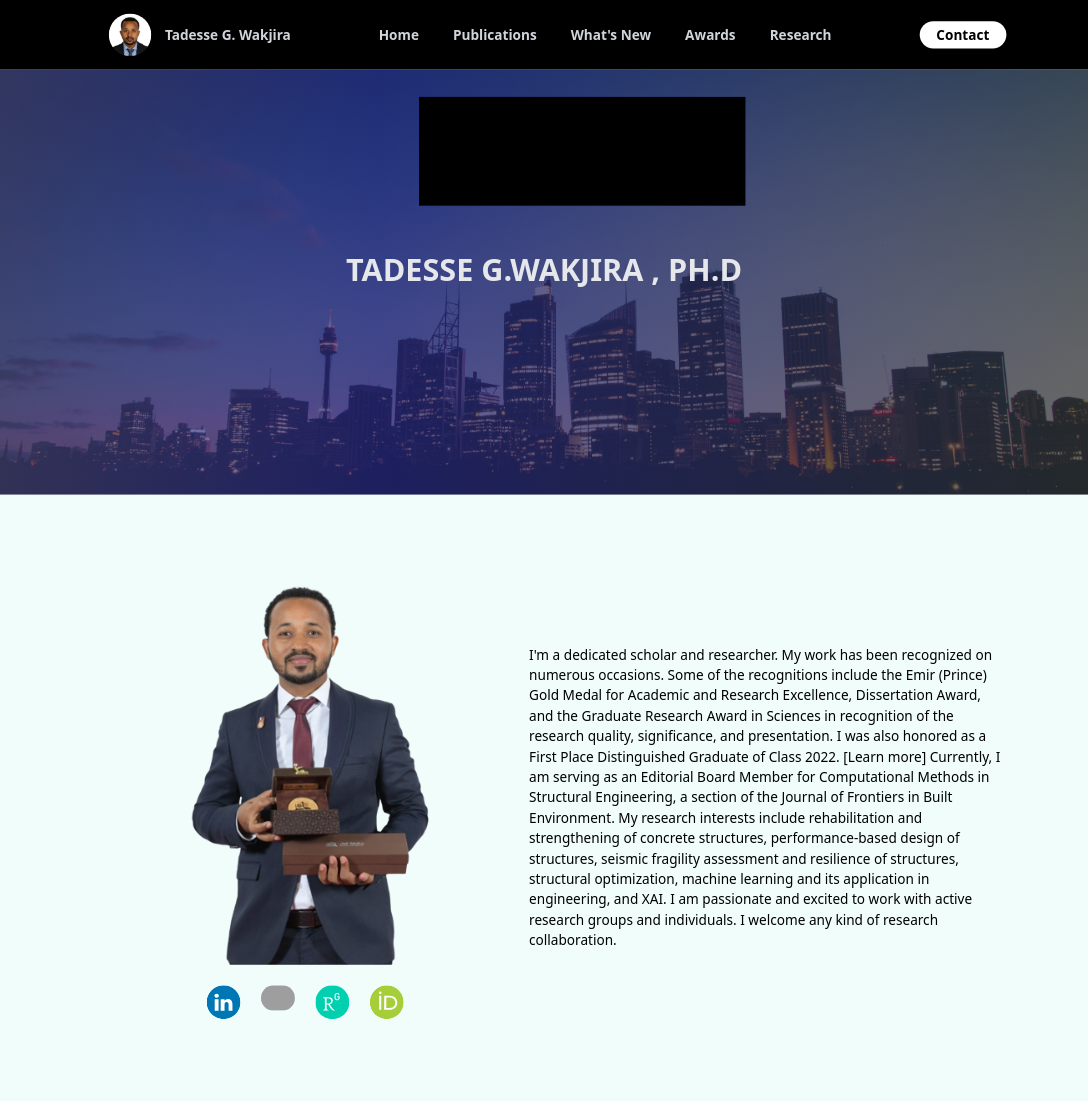
Repository: Elias-Kibret/Tade-portfoilo
Page: /
The author's editor kept a copy of each file at every save. The page is drawn from the files as they stood at one save, then again after the next save.
The browser window is 1280 px wide. The pictures show the whole page, at 85% of full size.
Pictures or frames that could not be fetched are drawn as grey boxes. The project was rebuilt for these pictures with package versions that can differ from the ones it lists, and the page was loaded fresh each time. The framework's server and built-in components were replaced by stand-ins that run in the browser. Also part of the build but not shown: next.config.js.

Above is the page before, as saved 2022-06-28 13:22:25.

### pages/index.tsx
import type { NextPage } from 'next'
import Head from 'next/head'
import Image from 'next/image'
import About from '../components/About'
import Header from '../components/Header'
import Hero from '../components/Hero'
const Home: NextPage = () => {
  return (
    <div>
      <Head>
        <title>Create Next App</title>
        <link rel="icon" href="/favicon.ico" />
      </Head>
      <Header/>
      <Hero/>
      <About/>
    </div>
  )
}

export default Home

### styles/globals.css
@tailwind base;
@tailwind components;
@tailwind utilities;

.hero{
    width:100%;
    height:500px;
    background-image: url('../public/Img/BG.jpg');
    background-size: cover;
    background-position: center;
    background-position: center;
    background-repeat: no-repeat;

}
.hero-cover{
    background-color: rgba(22, 22, 22, 0.6);
    width:100%;
    height:500px;
    background: rgb(2,0,36);
background: linear-gradient(90deg, rgba(60, 55, 112, 0.6) 0%, rgba(27, 27, 114, 0.7) 35%, rgba(35, 40, 41, 0.7) 100%);
}
.hover-state{
    @apply hover:shadow-inner transform hover:scale-110 hover:bg-opacity-50 transition ease-out duration-300;
}

### components/About.tsx
import Image from 'next/image'
import profileImage from '../public/Img/Tade.png'
import Link from 'next/link'
import linkedin from '../public/Img/Linkedin.svg'
import googleSchoolar from '../public/Img/googleScholara.svg'
import researchGate from '../public/Img/ResearchGate.svg'
import orcid from '../public/Img/orcid.svg'



const About = () => {
  return (
    <section className='bg-teal-50 flex justify-between items-center  p-24 mx-auto '>
        <div className='w-3/4'>
        <Image  src={profileImage} className="object-cover" width={550} height={500} alt="Tadessa G.wakjira"/>
        {/* Social media Links */}
        <div className='space-x-6 flex justify-center mt-6'>
            <Link href=""><a> <Image className="rounded-full transform hover:scale-110 transition ease-out duration-400" src={linkedin} width={40} height={40} alt="Linkedin"/></a></Link>
            <Link href=""><a><Image className='rounded-full transform hover:scale-110 transition ease-out duration-400' src={googleSchoolar} width={40} height={40} alt="Linkedin"/></a></Link>
            <Link href=""><a><Image className='rounded-full transform hover:scale-110 transition ease-out duration-400' src={researchGate} width={40} height={40} alt="Linkedin"/></a></Link>
            <Link href=""><a><Image className='rounded-full transform hover:scale-110 transition ease-out duration-400' src={orcid} width={40} height={40} alt="Linkedin"/></a></Link>
        </div>
        </div>
        <div className='w-4/5'>
           <p>
           I'm a dedicated scholar and researcher. My work has been recognized on numerous occasions. Some of the recognitions include the Emir (Prince) Gold Medal for Academic and Research Excellence, Dissertation Award, and the Graduate Research Award in Sciences in recognition of the research quality, significance, and presentation. I was also honored as a First Place Distinguished Graduate of Class 2022. [Learn more]

Currently, I am serving as an Editorial Board Member for Computational Methods in Structural Engineering, a section of the Journal of Frontiers in Built Environment.

My research interests include rehabilitation and strengthening of concrete structures, performance-based design of structures, seismic fragility assessment and resilience of structures, structural optimization, machine learning and its application in engineering, and XAI.

I am passionate and excited to work with active research groups and individuals. I welcome any kind of research collaboration.
           </p>
        </div>
    </section>
  )
}

export default About

### components/Header.tsx
import Head from "next/head"
import Link from "next/link"
import Image from "next/image"
import Logo from '../public/Img/Tadesse.png'
const Header = () => {
  return (
<header className=" bg-black font-semibold  pl-32 py-4 text-gray-300  ">
   <div className="flex justify-between items-center">
      <div className="flex items-center space-x-4">
    <Image src={Logo}   className="rounded-full" width={50} height={50}/>
    <span>Tadesse G. Wakjira</span>
      </div>
      <div className="flex justify-between">
        <nav className="flex list-none space-x-10  hidden md:inline-flex text-black-200">
            <li className="">
                <Link href="/">
                    <a className="hover-state"> Home</a>
                </Link>
            </li>
            <li>
                <Link href="/" className="relative">
                    <a>
                    <a className="hover-state"> Publications <span></span></a>
                        <div className="absolute top-24 -mx-10 -mt-3 w-96 h-32 bg-black">
                            <div>

                            </div>
                            <div>

                            </div>
                        </div>
                    </a>

                </Link>
            </li>
            <li>
                <Link href="">
                    <a className="hover-state"> What's New</a>
                </Link>
            </li>
            <li>
                <Link href="">
                    <a className="hover-state"> Awards</a>
                </Link>
            </li>
            <li>
                <Link href="">
                    <a className="hover-state"> Research</a>
                </Link>
            </li>

        </nav>

      </div>
      <div className="mr-24 bg-white text-black px-5 py-1  rounded-full">
        <Link href=""  >
                    <a> Contact</a>
                </Link>
        </div>
    </div>
</header>
  )
}

export default Header

### components/Hero.tsx
import heroImage from '../public/Img/Hr.png'
import Image from 'next/image'
const Hero = () => {
  return (
<main  >
<div className='hero h-auto'>

<div className='text-gray-200 hero-cover font-bold   py-24 w-1/2 text-center text-4xl'>
  <div>
  <h1>Welcome</h1>
  <h2 className='py-20'>TADESSE G.WAKJIRA , PH.D</h2>
  </div>

</div>
</div>
</main>
  )
}

export default Hero

Loaded but not shown: pages/_app.tsx (common file); tailwind.config.js (common file)

After the next save:
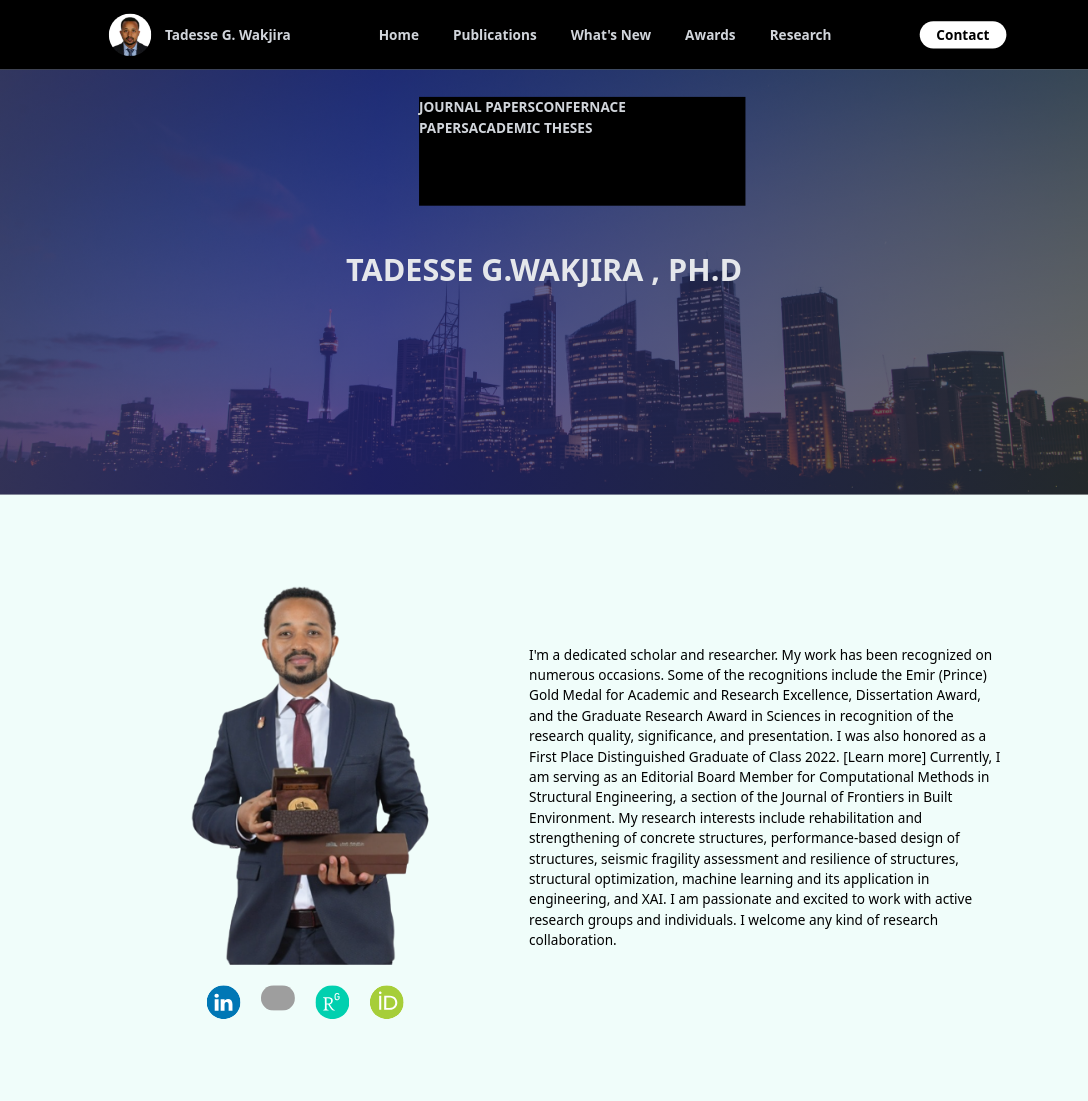
Saved 3 min 46 s later.
--- a/components/Header.tsx
+++ b/components/Header.tsx
@@ -23,11 +23,13 @@ const Header = () => {
                     <a className="hover-state"> Publications <span></span></a>
                         <div className="absolute top-24 -mx-10 -mt-3 w-96 h-32 bg-black">
                             <div>
+                               <Link href=""><a>JOURNAL PAPERS</a></Link>
+                               <Link href=""><a>CONFERNACE PAPERS</a></Link>
+                               <Link href=""><a>ACADEMIC THESES</a></Link>
+
 
                             </div>
-                            <div>
 
-                            </div>
                         </div>
                     </a>
 
